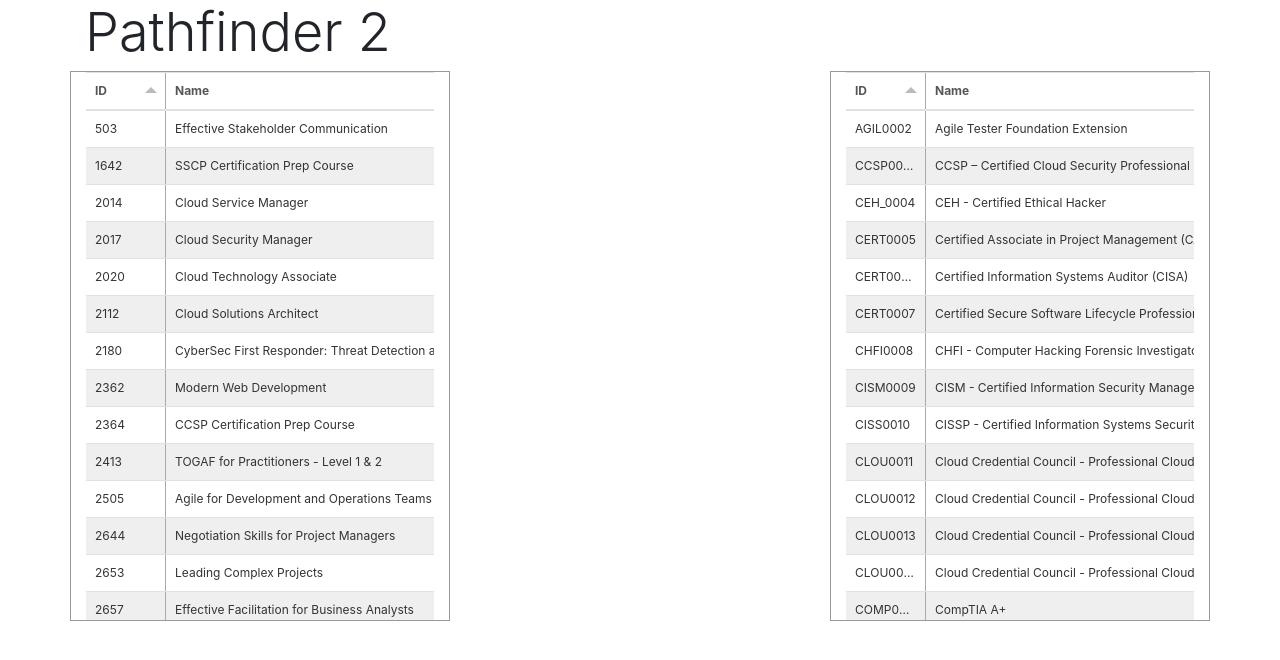
Repository: t1s1/pathfinder2
Page: index.html
The author's editor kept a record of every edit. The page is drawn from the files as they stood at one moment, then again after the next edit.
The browser window is 1280 px wide. The pictures show the whole page.

Above is the page before.

After the next edit:
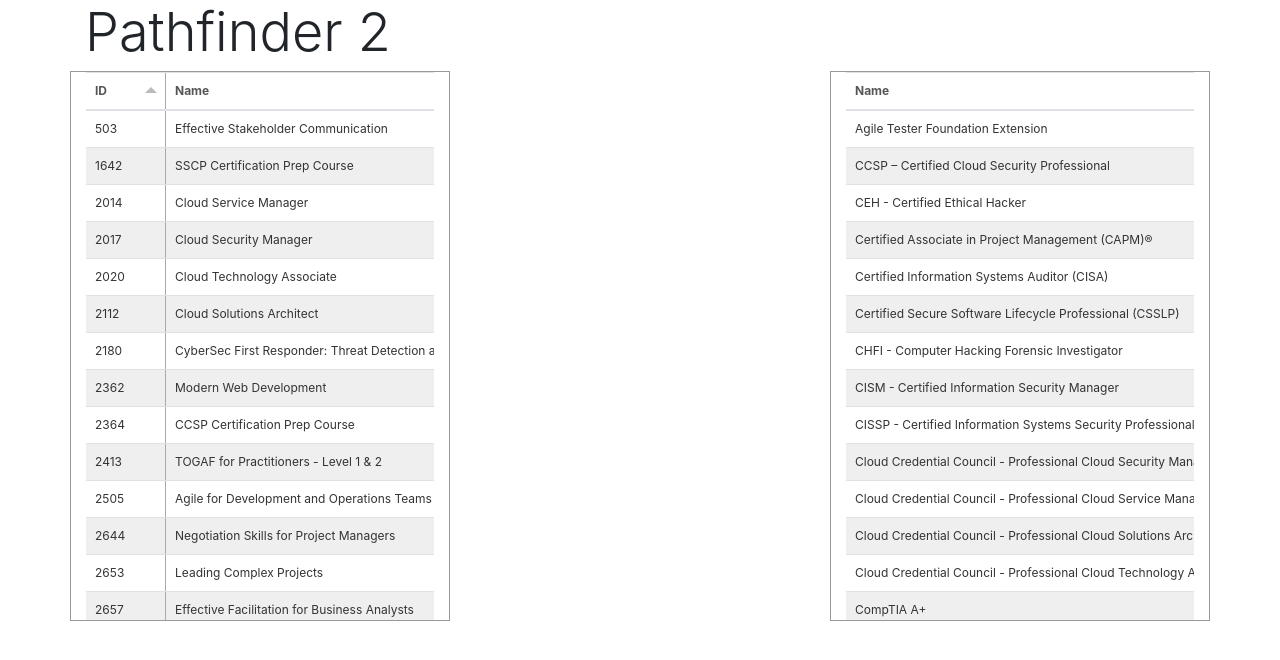
The edit:
--- a/index.html
+++ b/index.html
@@ -60,10 +60,7 @@
        	height:550,
        	data:data_arr,
        	layout:"fitColumns", //fit columns to width of table (optional)
-       	columns:[
-       	 	{title:"ID", field:headers[0], width:80},
-       	 	{title:"Name", field:headers[1]}
-       	],
+       	columns: columns,
        	rowClick:function(e, row){ //trigger an alert message when the row is clicked
        			//alert("Row " + row.getData().id + " Clicked!!!!");
        	},
